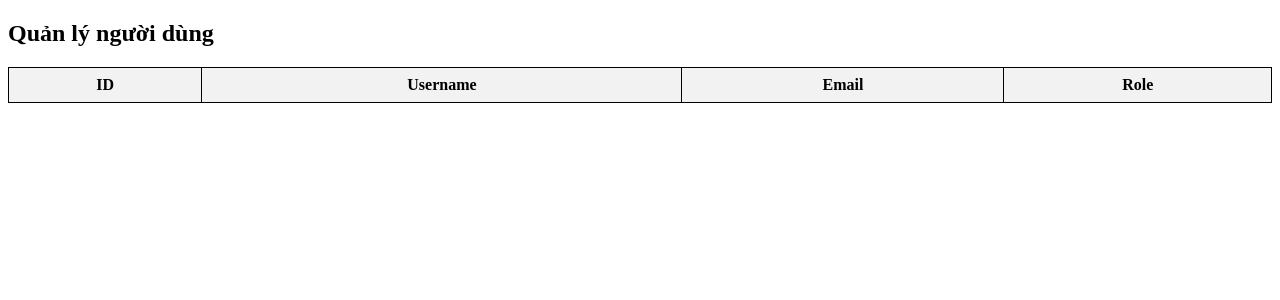
Repository: TuanAnhNguyen723/DanhGiaKIemDinh
Page: http://localhost/phpmailer/quanly.php
An editor plug-in stored every save of this project. The page is shown before and after the next save, followed by the edit.
The browser window is 1280 px wide. The pictures show the whole page.
The page is run by PHP 8.4 with error messages shown; the project is at /var/www/html/. Queries for data that is not in the repository find no rows.

Above is the page before, as saved 2024-05-24 10:28:02.

After the next save:
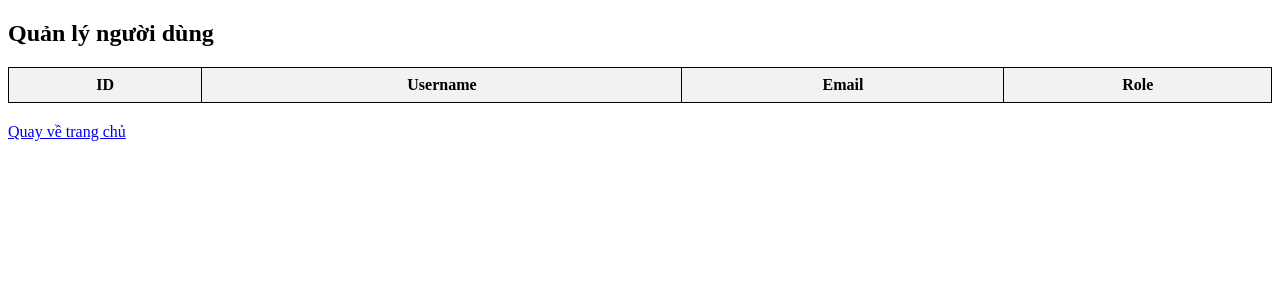
Saved 7 min 4 s later.
--- a/quanly.php
+++ b/quanly.php
@@ -101,5 +101,7 @@ mysqli_close($link);
     ?>
 </div>
 
+<a href="index.php" class="btn btn-secondary btn-block">Quay về trang chủ</a>
+
 </body>
 </html>
